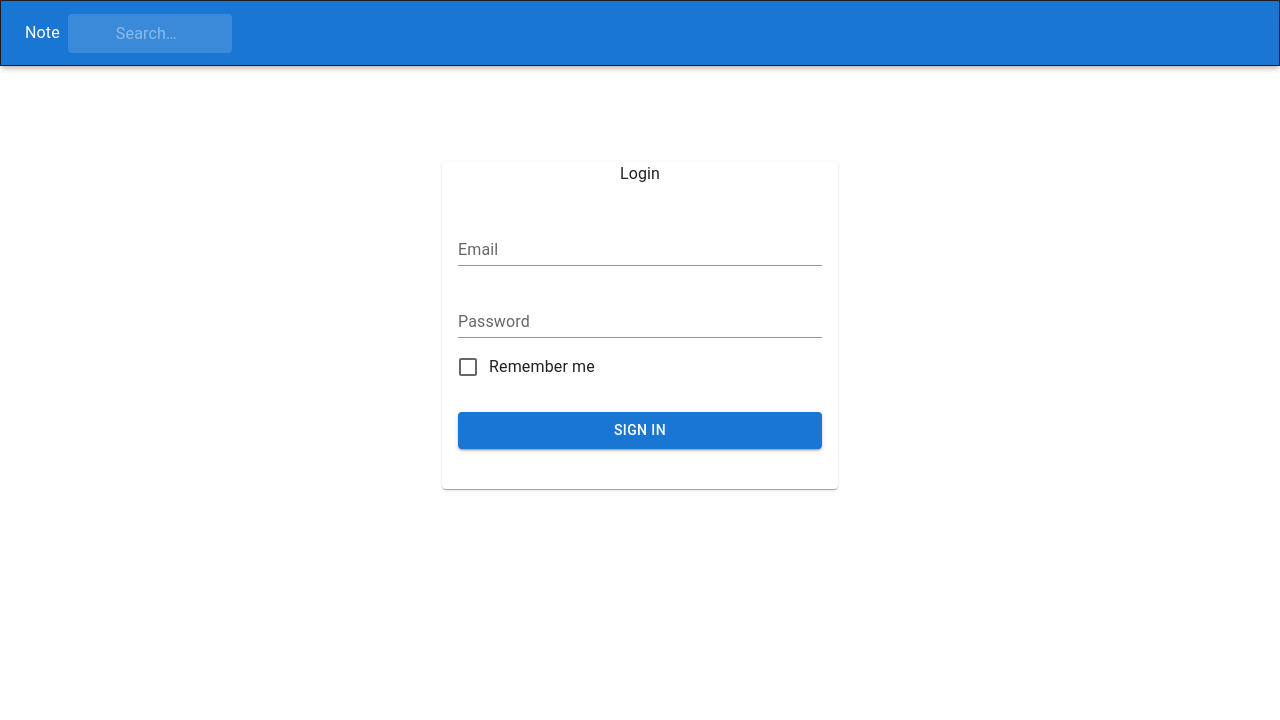
Repository: NGHIAVN1/Note
Page: /
These files come from the project's save history. The page is drawn as it stood at one moment and after a run of saves; the edit follows.
The browser window is 1280 px wide. The pictures show the whole page.
The project was rebuilt for these pictures with package versions that can differ from the ones it lists, and the page was loaded fresh each time. Also part of the build but not shown: vite.config.js, src/Register.jsx, src/Pet.jsx, src/useBreedList.jsx, src/SearchParams.jsx.

Above is the page before, as saved 2024-03-20 10:42:29.

### src/index.html
<!DOCTYPE html>
<html lang="en">

<head>
  <meta charset="UTF-8">
  <meta name="viewport" content="width=device-width, initial-scale=1.0">
  <meta http-equiv="X-UA-Compatible" content="ie=edge">
  <title>Adopt Me</title>
</head>

<body>
  <div id="root">not rendered</div>
  <script type="module" src="./App.jsx">
    // Your code is going to go here

  </script>
</body>

</html>

### src/App.jsx
import React, { StrictMode } from "react";
import "./Register";
import "./LoginPages";
import "./SearchParams";
import { createRoot } from "react-dom/client";
import SearchParams from "./SearchParams";
import RegisterUser from "./Register";
import LoginPage from "./LoginPages";
import Home from "./Home";

const App = () => {
  return (
    <div>
      <StrictMode>
        <Home />
        <LoginPage />
      </StrictMode>
    </div>
  );
};

const container = document.getElementById("root");
const root = createRoot(container);
root.render(
  <StrictMode>
    <App />
  </StrictMode>
);

### src/LoginPages.jsx
import {
  CardContent,
  CardHeader,
  CssBaseline,
  TextField,
  Typography,
} from "@mui/material";
import Container from "@mui/material/Container";
import Card from "@mui/material/Card";
import { dark } from "@mui/material/styles/createPalette";
import Box from "@mui/material/Box";
import FormControlLabel from "@mui/material/FormControlLabel";
import Button from "@mui/material/Button";
import Checkbox from "@mui/material/Checkbox";
import Grid from "@mui/material/Grid";
// const defaultTheme = createTheme();
const LoginPage = () => {
  return (
    <div>
      <Container component="main" maxWidth="xs">
        <CssBaseline />
        <Box
          sx={{
            marginTop: 8,
            display: "flex",
            flexDirection: "column",
            alignItems: "center",
          }}
        >
          <Card
            sx={{
              marginTop: 4,
              display: "flex",
              flexDirection: "column",
              alignItems: "center",
            }}
          >
            <Typography sx={{ frontSize: 20 }} color={dark}>
              Login
            </Typography>
            <Box component="form" submit>
              <CardContent>
                <TextField
                  variant="standard"
                  label="Email"
                  fullWidth
                  margin="normal"
                  id="password"
                />
                <TextField
                  variant="standard"
                  id="password"
                  label="Password"
                  fullWidth
                  margin="normal"
                />
                <FormControlLabel
                  control={<Checkbox value="remember" color="primary" />}
                  label="Remember me"
                />
                <Button
                  type="submit"
                  fullWidth
                  variant="contained"
                  sx={{ mt: 3, mb: 2 }}
                >
                  Sign In
                </Button>
              </CardContent>
            </Box>
          </Card>
        </Box>
      </Container>
    </div>
  );
};
export default LoginPage;

### src/Home.jsx
import Header from "./header";
const Home = () => {
  return (
    <div>
      <Header />
    </div>
  );
};
export default Home;

### src/header.jsx
import * as React from "react";
import { Box, Typography, AppBar } from "@mui/material";
import { styled, alpha } from "@mui/material/styles";
import Toolbar from "@mui/material/Toolbar";
import InputBase from "@mui/material/InputBase";
import SearchIcon from "@mui/icons-material/Search";
import MenuIcon from "@mui/icons-material/Menu";
import IconButton from "@mui/material/IconButton";
const Search = styled("div")(({ theme }) => ({
  position: "static",
  borderRadius: theme.shape.borderRadius,
  backgroundColor: alpha(theme.palette.common.white, 0.15),
  "&:hover": {
    backgroundColor: alpha(theme.palette.common.white, 0.25),
  },
  marginLeft: 0,
  width: "100%",
  [theme.breakpoints.up("sm")]: {
    marginLeft: theme.spacing(1),
    width: "auto",
  },
}));

const SearchIconWrapper = styled("div")(({ theme }) => ({
  padding: theme.spacing(0, 2),
  height: "100%",
  position: "absolute",
  pointerEvents: "none",
  display: "flex",
  alignItems: "center",
  justifyContent: "center",
}));

const StyledInputBase = styled(InputBase)(({ theme }) => ({
  color: "inherit",
  width: "100%",
  "& .MuiInputBase-input": {
    padding: theme.spacing(1, 1, 1, 0),
    // vertical padding + font size from searchIcon
    paddingLeft: `calc(1em + ${theme.spacing(4)})`,
    transition: theme.transitions.create("width"),
    [theme.breakpoints.up("sm")]: {
      width: "12ch",
      "&:focus": {
        width: "20ch",
      },
    },
  },
}));
const Header = () => {
  return (
    <div>
      <Box
        sx={{
          flexGrow: 3,
          border: 1,
        }}
      >
        <AppBar
          position="static"
          sx={{
            flexGrow: 2,
          }}
        >
          <Toolbar>
            <Typography position={"relative"}>Note</Typography>
            <Search>
              <SearchIconWrapper>
                <searchIcon />
              </SearchIconWrapper>
              <StyledInputBase
                placeholder="Search…"
                inputProps={{ "aria-label": "search" }}
              />
            </Search>
          </Toolbar>
        </AppBar>
      </Box>
    </div>
  );
};
export default Header;

After the next 2 saves:
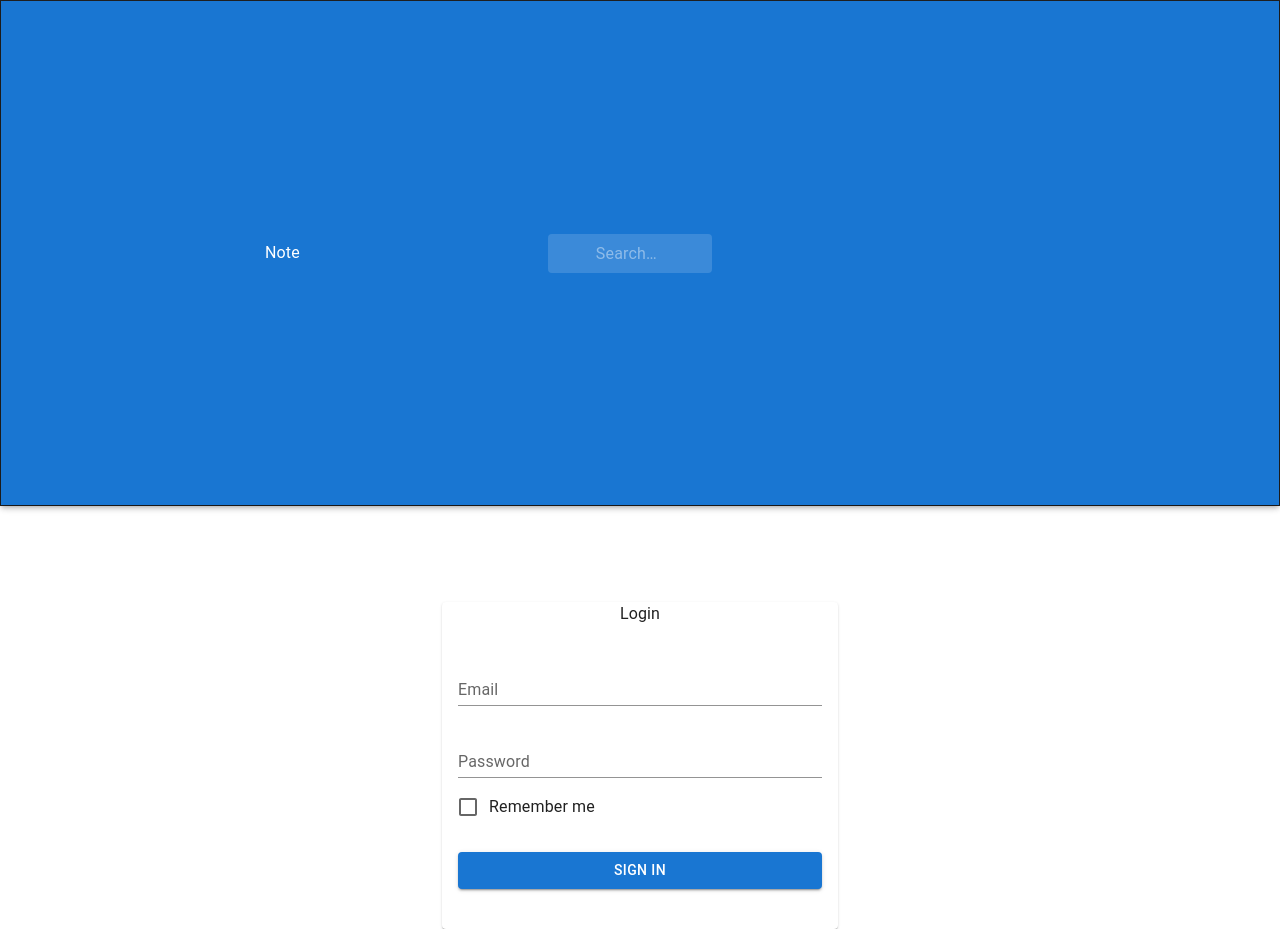
The 2 saves are shown as one change because 1 did not build or start.
The last was saved 44 s later.
--- a/src/header.jsx
+++ b/src/header.jsx
@@ -63,7 +63,14 @@ const Header = () => {
           }}
         >
           <Toolbar>
-            <Typography position={"relative"}>Note</Typography>
+            <Typography
+              position={"relative"}
+              sx={{
+                padding: 30,
+              }}
+            >
+              Note
+            </Typography>
             <Search>
               <SearchIconWrapper>
                 <searchIcon />
